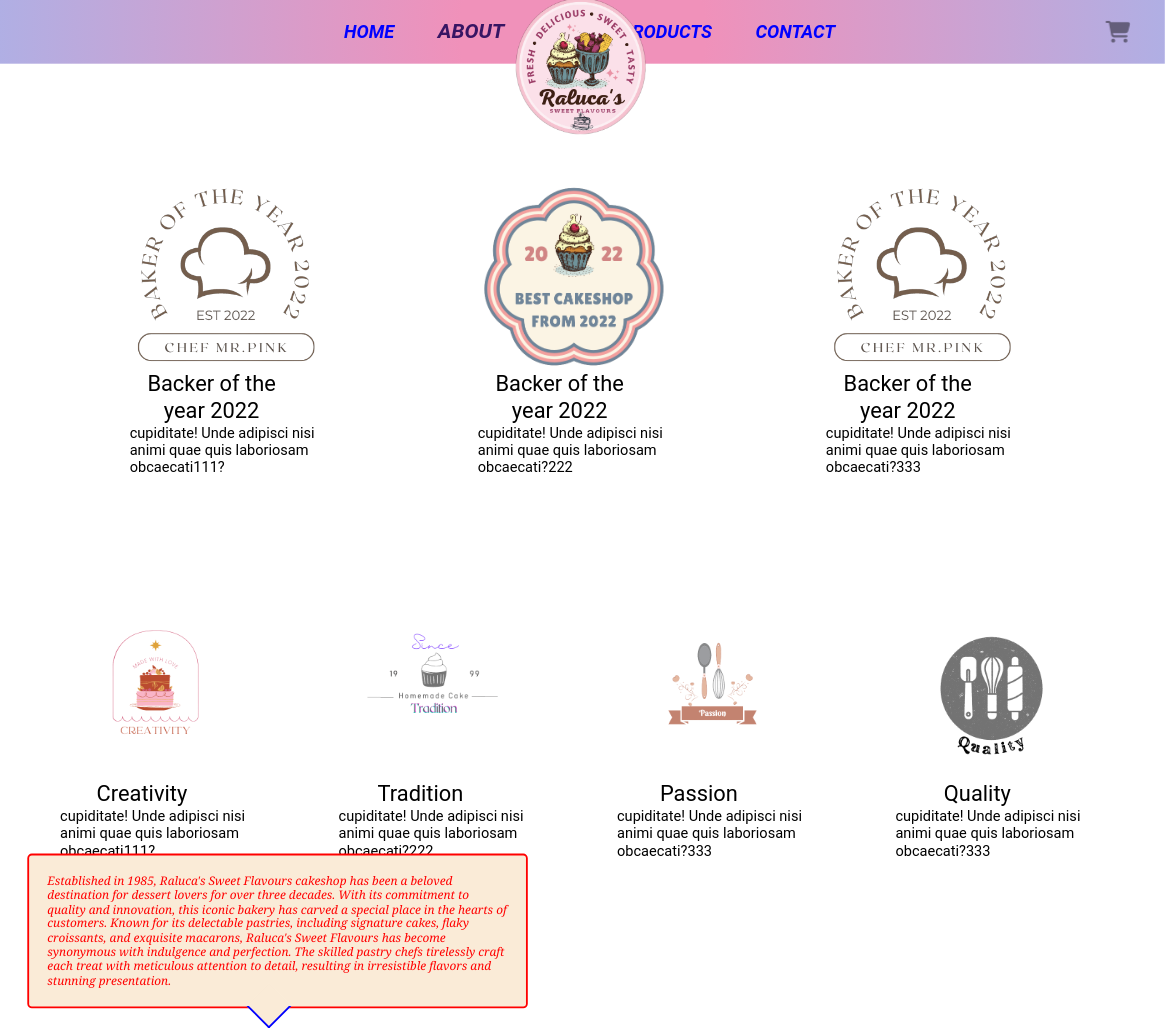
Repository: RalucaZota/cakeshop
Page: /about
These files come from the project's save history. The page is drawn as it stood at one moment and after the next save; the edit follows.
The browser window is 1280 px wide. The pictures show the whole page, at 91% of full size.
The project was rebuilt for these pictures with package versions that can differ from the ones it lists, and the page was loaded fresh each time. Also part of the build but not shown: vite.config.js, src/components/AddtoCartButton.vue, src/components/FavoriteProduct.vue, src/components/ProductItem.vue, src/components/Testimonials.vue, src/views/Home.vue, src/views/Products.vue, src/views/Contact.vue.

Above is the page before, as saved 2023-06-27 20:56:33.

After the next save:
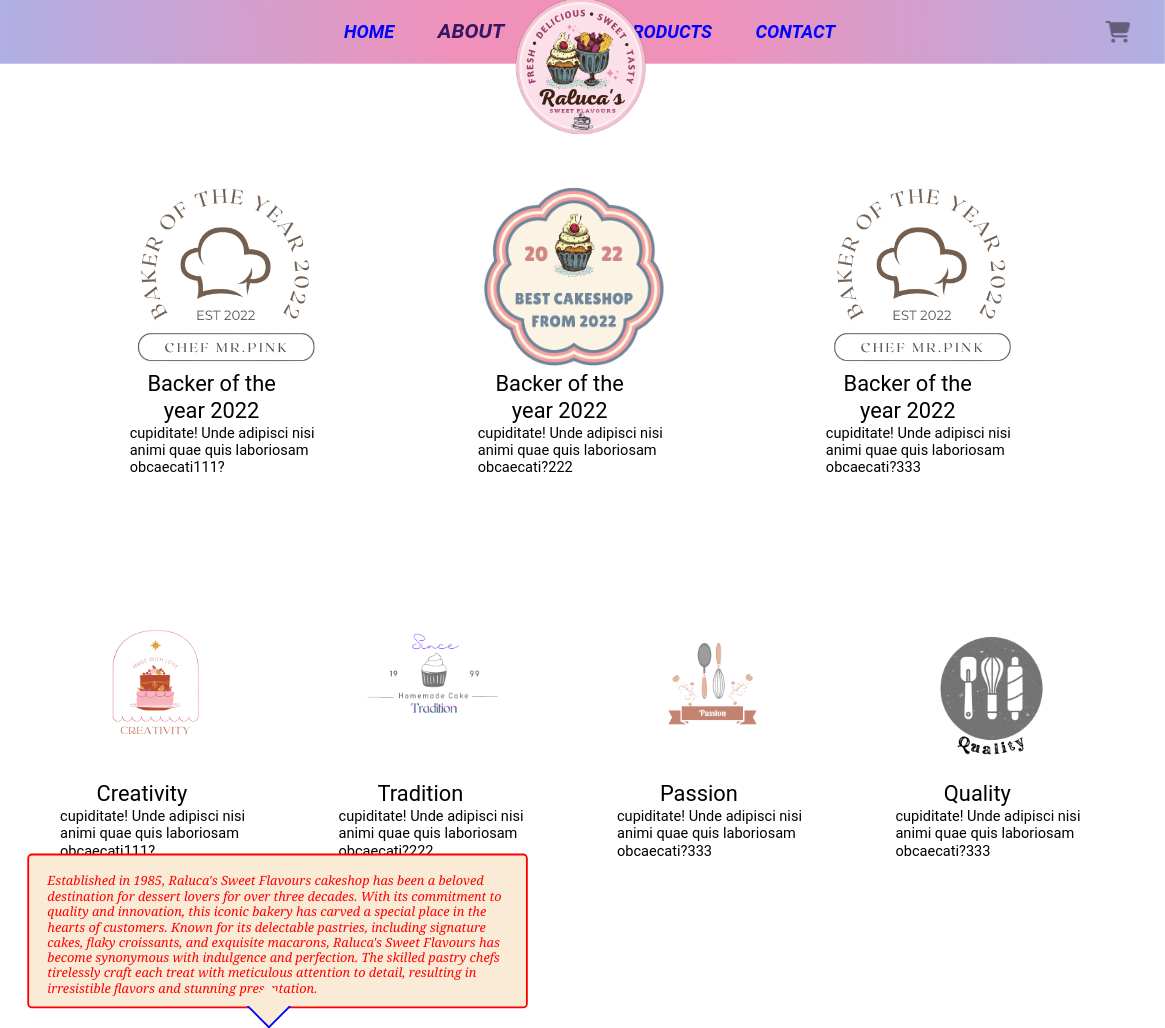
Saved 5 s later.
--- a/src/styles/CommentBox.scss
+++ b/src/styles/CommentBox.scss
@@ -20,7 +20,7 @@
         background-color: antiquewhite;
     }
     .text-comment-box{
-        font-size: 13px;
+        font-size: 14px;
         font-style: italic;
         font-family: Cambria, Cochin, Georgia, Times, 'Times New Roman', serif;
         color: red;
